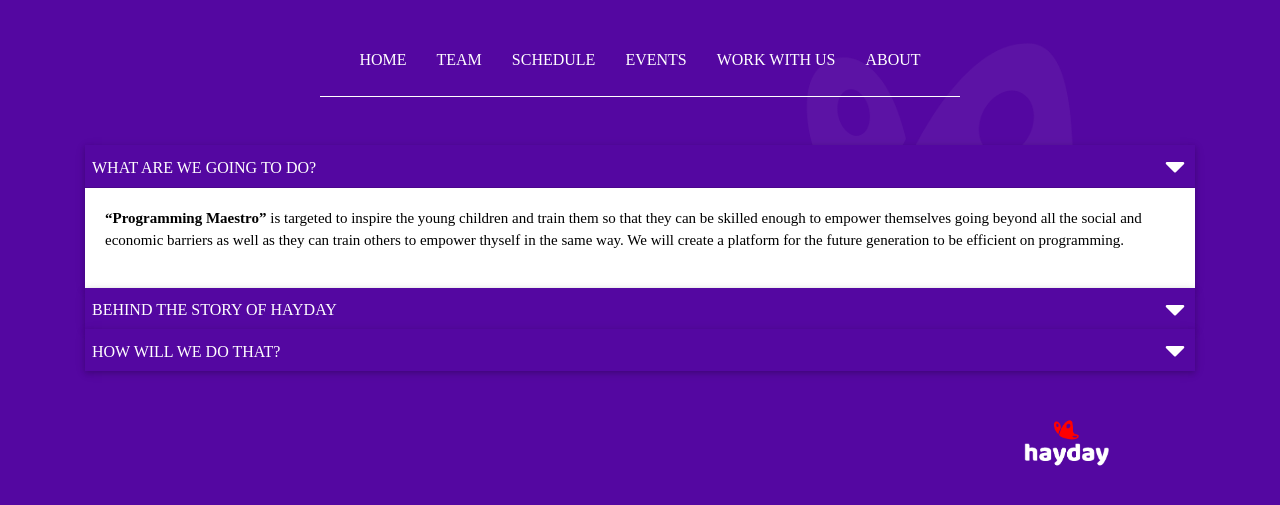
Repository: im1971/company-web
Page: about.html
These files come from the project's save history. The page is drawn as it stood at one moment and after the next save; the edit follows.
The browser window is 1280 px wide. The pictures show the whole page.
Some web fonts or font styles are not loaded; a fallback is used.

Above is the page before, as saved 2020-02-04 14:12:57.

### about.html
<!DOCTYPE html>
<html>

<head>
    <meta charset="utf-8">
    <meta name="viewport" content="width=device-width, initial-scale=1">
    <title>hayday</title>
    <link rel="shortcut icon" type="img/x-icon" href="img/fav.png" />
    <link rel="stylesheet" href="css/mdb.min.css">
    <link rel="stylesheet" href="css/bootstrap.min.css">
    <link rel="stylesheet" href="css/fontawesome.min.css">
    <link rel="stylesheet" href="css/all.min.css">
    <link rel="stylesheet" href="css/style.css">
    <!-- fonts -->
    <link href="https://fonts.googleapis.com/css?family=Baloo+Bhai&display=swap" rel="stylesheet">
    <!-- fonts -->

</head>

<body>

    <div class="wrap_hayday">
        <div class="back_img"></div>
        <div class="container-fluid">
            <div class="row justify-content-center pb-5">
                <div class="col-md-12">
                    <nav class="navbar navbar-expand-lg">
                        <button class="navbar-toggler" type="button" data-toggle="collapse" data-target="#navbarSupportedContent" aria-controls="navbarSupportedContent" aria-expanded="false" aria-label="Toggle navigation">
                            <i class="fas fa-bars"></i>
                        </button>

                        <div class="collapse navbar-collapse" id="navbarSupportedContent">

                            <ul class="navbar-nav m-auto text-uppercase">
                                <li class="nav-item active">
                                    <a class="nav-link" href="index.html">Home</a>
                                </li>
                                <li class="nav-item">
                                    <a class="nav-link" href="team.html">Team</a>
                                </li>
                                <li class="nav-item">
                                    <a class="nav-link" href="schedule.html">SCHEDULE</a>
                                </li>
                                <li class="nav-item">
                                    <a class="nav-link" href="event.html">Events</a>
                                </li>
                                <li class="nav-item">
                                    <a class="nav-link" href="workWithUs.html">Work With us</a>
                                </li>
                                <li class="nav-item">
                                    <a class="nav-link" href="about.html">About</a>
                                </li>
                            </ul>
                        </div>
                    </nav>
                </div>
                <div class="col-md-6 border_deco pt-3"></div>
            </div>
            <div class="container">
                <div class="row justify-content-center">
                    <div class="col-md-12">
                        <div class="accordion" id="accordionExample">
                            <div class="card">
                                <div class="card-header collapsed" id="headingTwo" data-toggle="collapse" data-target="#collapseTwo" aria-expanded="false" aria-controls="collapseTwo">
                                    <h2 class="mb-0 ">
                                        <button class="btn btn-link" type="button">
                                            what are we going to do?
                                  </button>
                                        <i class="fas fa-caret-down"></i>
                                    </h2>
                                </div>
                                <div id="collapseTwo" class="collapse show" aria-labelledby="headingTwo" data-parent="#accordionExample">
                                    <div class="card-body">
                                        <p>
                                            <b>“Programming Maestro”</b> is targeted to inspire the young children and train them so that they can be skilled enough to empower themselves going beyond all the social and economic barriers as well as they
                                            can train others to empower thyself in the same way. We will create a platform for the future generation to be efficient on programming.
                                        </p>
                                    </div>
                                </div>
                            </div>
                            <div class="card">
                                <div class="card-header" id="headingOne" data-toggle="collapse" data-target="#collapseOne" aria-expanded="false" aria-controls="collapseOne">
                                    <h2 class="mb-0  ">
                                        <button class="btn btn-link" type="button">
                                            Behind the Story of hayday
                                  </button>
                                        <i class="fas fa-caret-down"></i>
                                    </h2>
                                </div>

                                <div id="collapseOne" class="collapse" aria-labelledby="headingOne" data-parent="#accordionExample">
                                    <div class="card-body">
                                        <p>
                                            The world is racing towards the 5th generation of technological development. The people has to adopt new technologies as well as new techniques to keep pace with the current wave of development. This craving for technological development requires a very
                                            skilled and hardworking manpower to accelerate the process. Moreover, the traditional jobs are not sufficient to fulfil the economic sovereignty.
                                        </p>
                                        <p>
                                            The ILO (International Labour Organization) expresses its concern over high youth unemployment rate. The ILO says, one in five young people under 25 are jobless and have no skills. It warns the compromises of the future employment prospects.
                                        </p>
                                        <p>
                                            If a developing country like Bangladesh wants to embrace the economic autarky, it’s high time to emancipate fledglings of its population by emphasizing on technological competency. The “Programming Maestro” is an initiative to encourage young people and
                                            children in programming as well as in technological competencies.
                                        </p>
                                    </div>
                                </div>
                            </div>
                            <div class="card">
                                <div class="card-header" id="headingThree" data-toggle="collapse" data-target="#collapseThree" aria-expanded="false" aria-controls="collapseThree">
                                    <h2 class="mb-0 ">
                                        <button class="btn btn-link collapsed" type="button">
                                            How will we do that?
                                  </button>
                                        <i class="fas fa-caret-down"></i>
                                    </h2>
                                </div>
                                <div id="collapseThree" class="collapse" aria-labelledby="headingThree" data-parent="#accordionExample">
                                    <div class="card-body">
                                        <p>
                                            Programming is a universal language that requires continuous effort and practice to be an expert programmer besides having some basic knowledge and that makes it unique.
                                        </p>
                                        <p>
                                            We have segregated the whole learning process into 2 basic steps that involves-
                                        </p>
                                        <div class="m-4">
                                            <h4 class="mb-0">
                                                1. Learn the basic knowledge of programming
                                            </h4>
                                            <h4 class="mb-0">
                                                2. Continuous practice
                                            </h4>
                                        </div>
                                        <p class="mb-5">
                                            These two steps are very much continuing and interconnected. We will follow a series of activities to properly execute the steps.
                                        </p>
                                        <h4>
                                            First step: Learn the basic knowledge of programming
                                        </h4>
                                        <p class="ml-4">
                                            1. Future Coder Selection <br> 2. Train the Future Coder<br> 3. Programming Maestro Selection<br> 4. Final Coding Challenge

                                        </p>
                                        <p>
                                            <b>At first,</b> we will run campaigns in schools and colleges to make the children be acquainted with the useful aspects of computer programming we will convince them and its make them understandable to it’s
                                            benefits.
                                        </p>
                                        <p>
                                            <b>Secondly,</b> we will conduct a test called "Future Coder Selection". Through this test, we will see who really wants to learn and who is capable to learn "Computer Programming."
                                        </p>
                                        <p>
                                            <b>Third,</b> we will select 200 students from the above test. We will train these 20 people about "Computer Programming" for six days (four hours per day) through an event called "Future Coder". we will teach
                                            them practically what "Computer Programming" is and why we should do it.
                                        </p>
                                        <p>
                                            Fourth, we will select 20 "Programming Maestro" from these 200 students depending on the examination and understanding. We will organize a "Programming Competition" by dividing them into 7 groups.
                                        </p>
                                        <p>
                                            <b>In the end,</b> just these 6 days of training are not enough to teach "Computer Programming." Therefore, we will set up an institute with sophisticated computer and technology where the children can learn
                                            free "Computer Programming" for 6 days in a week.
                                        </p>
                                        <h4 class="mt-3">
                                            Second step: Continuous Practice
                                        </h4>
                                        <p>
                                            In the second step, we will launch a programming lab with latest digital facilities for practice programming regularly. Where students will be able to learn basic to advanced level programming. Where the topper from the national and international programming
                                            competition will play the role of teachers.
                                        </p>
                                        <p class="text-center classroom m-5">
                                            <img src="img/lab.jpg" alt="">
                                        </p>
                                    </div>
                                </div>
                            </div>
                        </div>
                    </div>
                </div>
            </div>
            <div class="row justify-content-end my-5">
                <div class="col-md-4 m-autp">
                    <div class="middle_body">
                        <div class="logo">
                            <img src="img/logo.png" alt="" style="height: 50px">
                        </div>
                        <!-- <p>Read about our Inspiration</p> -->
                    </div>
                </div>
            </div>
        </div>
    </div>
    </div>



    <!-- <script src="https://code.jquery.com/jquery-3.4.1.slim.min.js" integrity="sha384-J6qa4849blE2+poT4WnyKhv5vZF5SrPo0iEjwBvKU7imGFAV0wwj1yYfoRSJoZ+n" crossorigin="anonymous"></script>
    <script src="https://cdn.jsdelivr.net/npm/popper.js@1.16.0/dist/umd/popper.min.js" integrity="sha384-Q6E9RHvbIyZFJoft+2mJbHaEWldlvI9IOYy5n3zV9zzTtmI3UksdQRVvoxMfooAo" crossorigin="anonymous"></script>
    <script src="https://stackpath.bootstrapcdn.com/bootstrap/4.4.1/js/bootstrap.min.js" integrity="sha384-wfSDF2E50Y2D1uUdj0O3uMBJnjuUD4Ih7YwaYd1iqfktj0Uod8GCExl3Og8ifwB6" crossorigin="anonymous"></script> -->

    <script type="text/javascript" src="js/jquery.min.js"></script>
    <!-- Bootstrap tooltips -->
    <script type="text/javascript" src="js/popper.min.js"></script>
    <!-- Bootstrap core JavaScript -->
    <script type="text/javascript" src="js/bootstrap.min.js"></script>
    <!-- MDB core JavaScript -->
    <script type="text/javascript" src="js/mdb.min.js"></script>


</body>

</html>

### css/style.css
body {
    padding: 0;
    margin: 0;
    background: #5407A1;
    color: #fff !important;
    font-family: 'Baloo Bhai', cursive;
    position: relative;
}


/* global */

html {
    overflow: scroll;
    overflow-x: hidden;
}

::-webkit-scrollbar {
    width: 0px;
    background: transparent;
}


/* Optional: show position indicator in red */

::-webkit-scrollbar-thumb {
    background: #FF0000;
}


/* global */

.back_img {
    background-image: url(../img/back.png);
    height: 350px;
    width: 600px;
    position: absolute;
    background-position: center center;
    background-size: cover;
    opacity: 5%;
    /* top: 30%; */
    right: 0;
}


/* header */

.wrap_hayday .nav-link::after {
    content: '';
    position: absolute;
    width: 100%;
    height: 1px;
    bottom: 0;
    left: 0;
    background-color: #E2061B;
    transform: scaleX(0);
    /* transform-origin: bottom right; */
    transition: transform 0.3s;
}

.wrap_hayday .nav-link:hover::after {
    /* transform-origin: bottom left; */
    transform: scaleX(1);
}

.wrap_hayday .navbar {
    box-shadow: none;
}

.wrap_hayday .container-fluid {
    min-height: 100vh;
}

.wrap_hayday nav .nav-link {
    padding-right: 15px !important;
    padding-left: 15px !important;
    color: #fff;
    font-family: 'Baloo Bhai', cursive;
}

.wrap_hayday .border_deco {
    border-bottom: .25px solid #fff;
}

.wrap_hayday nav .nav-link:hover {
    color: #FF0000;
    transition-duration: 0.5s;
}

.wrap_hayday .navbar {
    padding: 40px;
    padding-bottom: 0;
}


/* header */


/* middle body */

.wrap_hayday .middle_body_height {
    height: 40vh;
}

.wrap_hayday .middle_body {
    text-align: center;
}

.wrap_hayday .middle_body .logo img {
    height: 100px;
}

.wrap_hayday .others_page_middle {
    text-align: center;
    position: absolute;
    right: 30px;
    bottom: 0;
}

.wrap_hayday .others_page_middle img {
    height: 70px;
}


/* middle body */


/* footer-body */

.myprogress {
    min-width: 100%;
    margin: 0px auto;
    text-align: center;
}

.myprogress .circle {
    display: inline-block;
    background: #fff;
    width: 50px;
    height: 50px;
    border-radius: 80px;
    border: 1px solid #d5d5da;
    cursor: pointer;
}

.myprogress .circle:hover {
    background: #FF0000;
    color: #5407A1;
    transition-duration: 0.5s;
}

.myprogress .bar {
    position: relative;
    width: 100px;
    padding-right: 15px;
    font-family: none;
}

.myprogress .circle .label {
    display: inline-block;
    width: 40px;
    height: 40px;
    line-height: 30px;
    border-radius: 40px;
    font-size: 24px;
}

.myprogress .circle .title {
    color: #5407A1;
    font-size: 24px;
    line-height: 50px;
    cursor: pointer;
}

.myprogress .circle .title:hover {
    color: #fff;
}

.myprogress i {
    font-size: 11px;
}

.abc {
    animation: pulse 1s infinite;
    color: #FF0000;
}

.pulse {
    -webkit-animation-duration: 3s;
    -webkit-animation-delay: 2s;
    -webkit-animation-iteration-count: 5;
}

@-webkit-keyframes scroll {
    0% {
        -webkit-transform: translateX(0);
        transform: translateX(0);
    }
    100% {
        -webkit-transform: translateX(calc(-250px * 7));
        transform: translateX(calc(-250px * 7));
    }
}

@keyframes scroll {
    0% {
        -webkit-transform: translateX(0);
        transform: translateX(0);
    }
    100% {
        -webkit-transform: translateX(calc(-250px * 7));
        transform: translateX(calc(-250px * 7));
    }
}

.slider {
    /* background: white; */
    /* box-shadow: 0 10px 20px -5px rgba(0, 0, 0, 0.125); */
    /* height: 100px; */
    margin: auto;
    overflow: hidden;
    position: relative;
    width: 960px;
}

.slider::before,
.slider::after {
    /* background: -webkit-gradient(linear, left top, right top, from(white), to(rgba(255, 255, 255, 0))); */
    /* background: linear-gradient(to right, white 0%, rgba(255, 255, 255, 0) 100%); */
    content: "";
    height: 100px;
    position: absolute;
    width: 200px;
    z-index: 2;
}

.slider::after {
    right: 0;
    top: 0;
    -webkit-transform: rotateZ(180deg);
    transform: rotateZ(180deg);
}

.slider::before {
    left: 0;
    top: 0;
}

.slider .slide-track {
    -webkit-animation: scroll 40s linear infinite;
    animation: scroll 40s linear infinite;
    display: -webkit-box;
    display: flex;
    width: calc(250px * 14);
}

.slider .slide {
    /* height: 100px; */
    /* width: 200px; */
    padding-right: 40px;
}

.sponsor_slider {
    position: absolute;
    bottom: 20px;
}


/* footer-body */


/* about hayday */

.accordion .card-header {
    padding: 0;
    background: #5407A1;
    margin-bottom: 0;
    cursor: pointer;
}

.accordion .card-header .btn-link {
    color: #fff;
    padding: 0;
}

.accordion .card {
    border: none;
    border-radius: 0;
}

.accordion i {
    position: absolute;
    right: 10px;
    top: 5px;
}

.accordion p {
    color: #000;
    font-family: serif;
    font-size: 15px;
}

.accordion h4 {
    color: #000;
    font-family: serif;
    font-weight: 700 !important;
    font-size: 22px;
}


/* about hayday */


/* work with us */

.outreach table.table th,
table.table td {
    padding: 3px 20px;
    color: #fff;
    border: none;
    font-family: auto;
}


/* work with us */


/* team */

.team .grid {
    padding-left: 0;
    padding-right: 0;
}

.team .team_image {
    background-image: url(../img/team/team-back.jpg);
    height: 600px;
    background-position: center center;
    background-size: cover;
}

.team .custom_hr {
    border-top: 3px solid #fff !important;
    width: 10% !important;
}

.team img {
    border-radius: 50%;
    margin: auto;
    border: 3px solid #dcdcdc;
}

.team .team_managemt img {
    height: 300px;
    width: 300px;
}

.team .team_volounteer img {
    height: 200px;
    width: 200px;
}

.team .wrap_team {
    display: flex;
    flex-direction: column;
    font-family: auto;
}


/* team */

.sponsor_footer p {
    font-family: auto;
    font-size: 14px;
}

.sponsor_footer p b {
    color: #FF0000;
}


/* events */

.event_wrap .title {
    font-family: auto;
}

.event_wrap .subtitle {
    font-family: auto;
}

.wrap_event {
    color: #fff;
    text-align: center;
    position: relative;
    font-family: auto;
    background: #9100ff3b;
}

.wrap_event .fas {
    font-size: 12px;
}

.slider_wrap .d-block {
    background-image: url(../img/team/team-back.jpg);
    height: 320px;
    background-position: center center;
    background-size: cover;
}

.slider_wrap .carousel-indicators {
    margin: 0;
    bottom: -15%;
}

.carousel .carousel-control-prev-icon {
    background-image: url("data:[embedded picture, 189 characters]")
}

.carousel .carousel-control-next-icon {
    background-image: url("data:[embedded picture, 190 characters]")
}

.carousel-control-next {
    right: -100px;
}

.carousel-control-prev {
    left: -100px;
}


/* calender */


/*
*
* ==========================================
* CUSTOM UTIL CLASSES
* ==========================================
*
*/

.clearfix::after,
.calendar ol::after {
    content: ".";
    display: block;
    height: 0;
    clear: both;
    visibility: hidden;
}


/* ================
Calendar Styling */

.calendar {
    border-radius: 10px;
    font-family: auto;
}

.calendar .target_date {
    height: 30px;
    width: 30px;
    position: absolute;
    border-radius: 50%;
    left: -6px;
    top: 1px;
    background: #fff;
    opacity: 0.3;
}

.month {
    font-size: 2rem;
}

.calendar ol li {
    float: left;
    width: 14.28571%;
}

.calendar .day-names {
    border-bottom: 1px solid #eee;
}

.calendar .day-names li {
    text-transform: uppercase;
    margin-bottom: 0.5rem;
}

.calendar .days li {
    border-bottom: 1px solid #eee;
    /* min-height: 8rem; */
}

.calendar .days li .date {
    margin: 0.25rem 0;
}

.calendar .days li .event {
    font-size: 0.75rem;
    padding: 0.4rem;
    color: white;
    white-space: nowrap;
    overflow: hidden;
    text-overflow: ellipsis;
    border-radius: 4rem;
    margin-bottom: 1px;
}

.calendar .days li .event.span-2 {
    width: 200%;
}

.calendar .days li .event.begin {
    border-radius: 1rem 0 0 1rem;
}

.calendar .days li .event.end {
    border-radius: 0 1rem 1rem 0;
}

.calendar .days li .event.clear {
    background: none;
}

.calendar .days li:nth-child(n+29) {
    border-bottom: none;
}

.calendar .days li.outside .date {
    color: #ddd;
}


/* calender */


/* timer */

#timer div {
    display: inline-block;
    line-height: 1;
    padding: 20px 40px 0 0;
    padding-bottom: 0;
    font-family: auto;
}

#timer span {
    display: block;
    font-size: 20px;
    color: white;
}

#timer #days,
#timer #hours,
#timer #minutes,
#timer #seconds {
    font-size: 50px;
}

#timer #seconds {
    font-size: 30px;
}


/* timer */


/* events */


/* media query */

@media (min-width: 1367px) {
    .sponsor_footer p {
        font-size: 18px;
        margin-top: 40px;
    }
    .outreach table.table th,
    table.table td,
    .accordion p,
    .myprogress .bar {
        font-size: 18px;
    }
    .outreach h4 {
        margin-top: 30px;
        margin-bottom: 20px;
    }
    .accordion .card-header .btn-link {
        font-size: 22px;
    }
    .accordion {
        margin-top: 30px;
    }
    .wrap_hayday .middle_body .logo img {
        height: 145px;
    }
    .wrap_hayday .middle_body p {
        font-size: 22px;
    }
    .wrap_hayday .step_command {
        font-family: auto;
        font-size: 22px;
    }
}

@media (max-width: 567px) {
    .wrap_hayday .navbar {
        padding: 20px 0 0;
    }
    .fa-bars {
        color: #fff !important;
    }
    .wrap_hayday .middle_body .logo img {
        height: 140px;
        margin-bottom: 28px;
    }
    .back_img {
        height: 150px;
        width: 200px;
    }
    .wrap_hayday .middle_body_height {
        height: 35vh;
    }
    .myprogress .circle {
        display: block;
        margin: auto;
        margin-top: 20px;
    }
    .myprogress .bar {
        padding-right: 0;
        font-family: none;
        font-size: 18px;
    }
    .team .team_image {
        height: 200px;
    }
    .team .custom_hr {
        width: 50% !important;
    }
    .team .team_managemt img {
        height: 150px;
        width: 150px;
    }
    .team .team_volounteer img {
        height: 120px;
        width: 120px;
    }
    .team .card-title {
        font-size: 26px;
    }
    .team .wrap_team {
        margin-bottom: 30px;
    }
    .sponsor_footer p {
        margin-bottom: 20px !important;
    }
    .calendar {
        padding-left: 0 !important;
        margin-top: 30px;
    }
    .event_wrap .title {
        font-size: 22px;
    }
    .event_wrap button {
        margin-bottom: 40px !important;
    }
    #timer #days,
    #timer #hours,
    #timer #minutes,
    #timer #seconds {
        font-size: 35px;
        margin: auto;
    }
    #timer span {
        font-size: 14px;
    }
    #timer div {
        padding: 0px 26px 0 0;
    }
    #timer {
        background: #8500ff82;
        display: flex;
        padding: 20px;
    }
    .classroom img {
        width: 150px;
    }
    .slider {
        width: 200px;
        padding-bottom: 20px;
    }
    .sponsor_slider {
        margin-top: 50px;
    }
}

Loaded but not shown: css/mdb.min.css (library); css/bootstrap.min.css (library); css/fontawesome.min.css (library); css/all.min.css (library); js/jquery.min.js (library); js/popper.min.js (library); js/bootstrap.min.js (library); js/mdb.min.js (library)

After the next save:
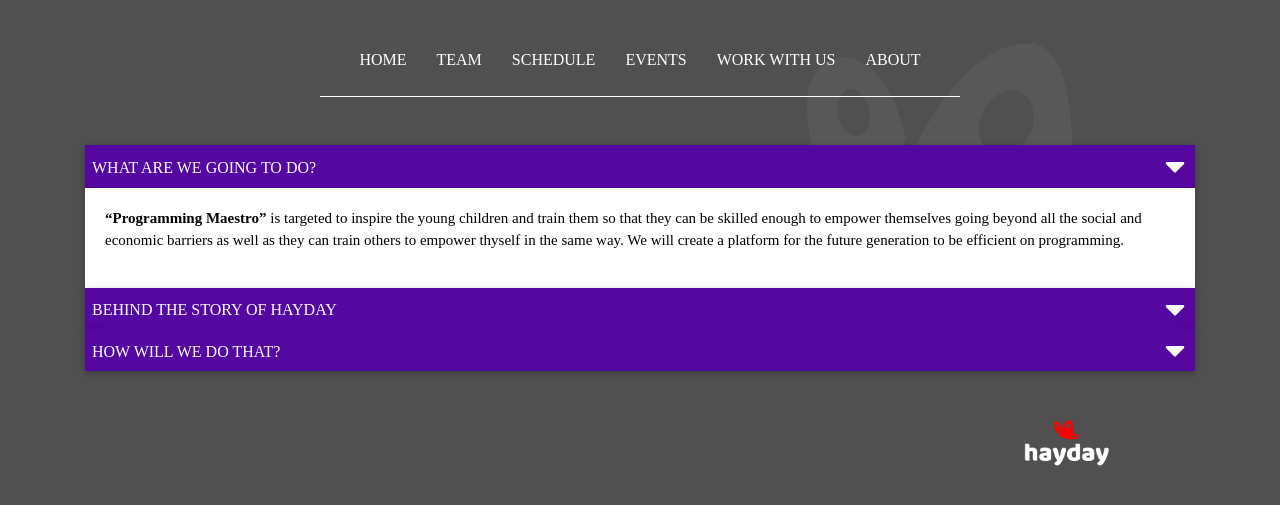
Saved 3 days later.
--- a/css/style.css
+++ b/css/style.css
@@ -1,7 +1,8 @@
 body {
     padding: 0;
     margin: 0;
-    background: #5407A1;
+    /* background: #5407A1; */
+    background: #505050;
     color: #fff !important;
     font-family: 'Baloo Bhai', cursive;
     position: relative;
